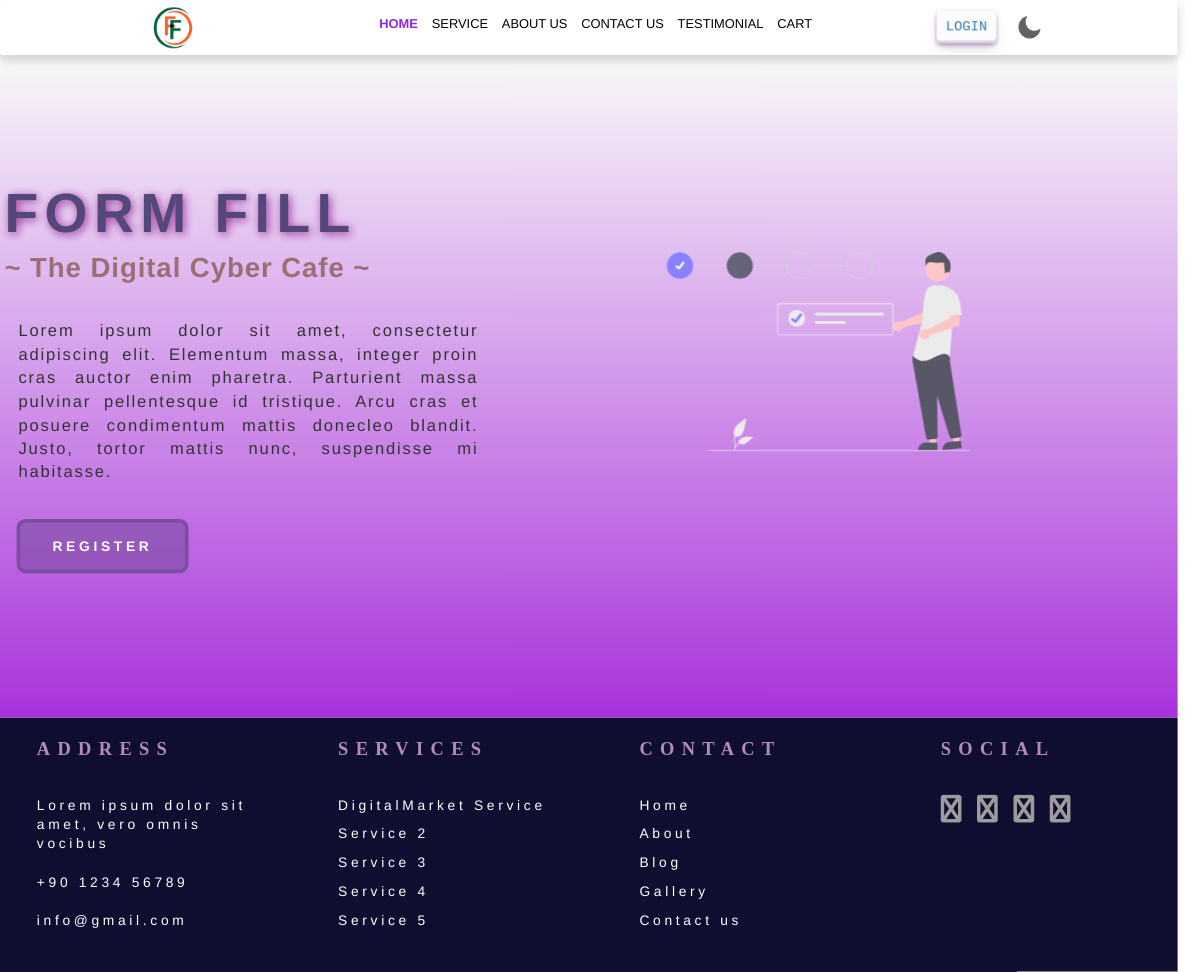
Repository: codervivek5/Formfil
Page: index.html
An editor plug-in stored every save of this project. The page is shown before and after the next save, followed by the edit.
The browser window is 1280 px wide. The page is 1295 px wide, so the pictures cover 1295 px, including what lies to the right of the window. The pictures show the whole page, at 92% of full size.
Some web fonts or font styles are not loaded; a fallback is used.

Above is the page before, as saved 2023-03-04 21:41:20.

After the next save:
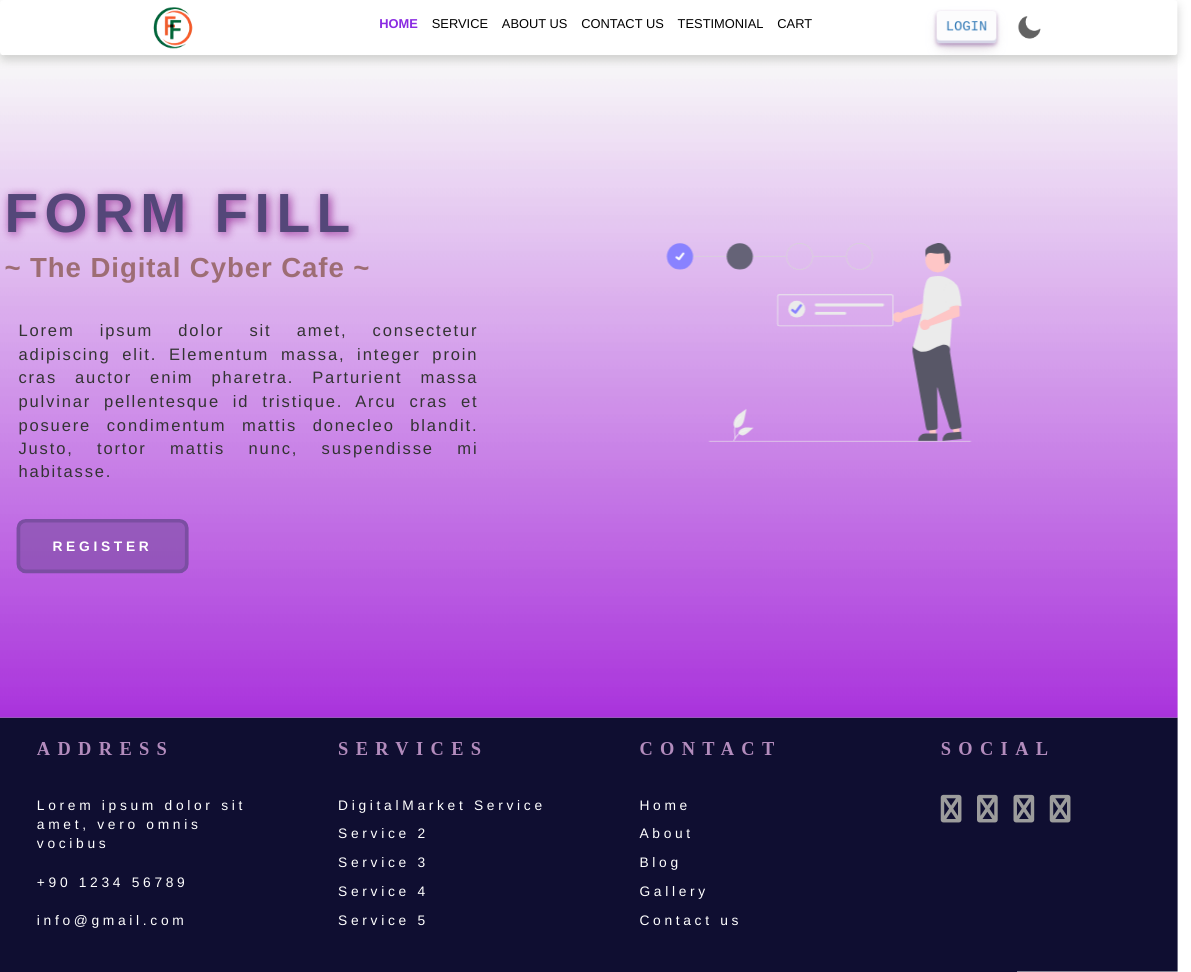
Saved 12 s later.
--- a/style/style.css
+++ b/style/style.css
@@ -189,7 +189,7 @@ overflow-x: hidden;
     padding: 0px 25px;
 }
 .shipp{
-  margin-top: -70px;
+  margin-top: -90px;
   padding-left: 50px;
 }
 .shipp img{
